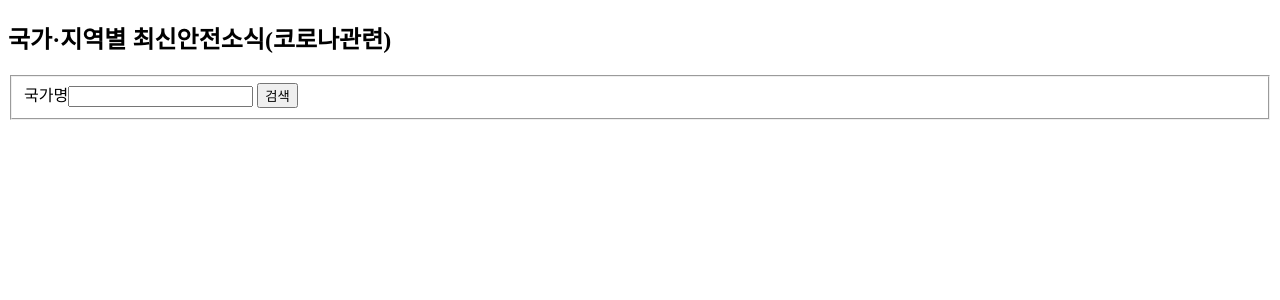
Repository: Sewoong-Lee/jsp
Page: http://localhost/jsp05_api/view/02_xml_json.jsp
An editor plug-in stored every save of this project. The page is shown before and after the next save, followed by the edit.
The browser window is 1280 px wide. The pictures show the whole page.
The page is served by Tomcat 9.

Above is the page before, as saved 2021-06-25 08:51:25.

After the next save:
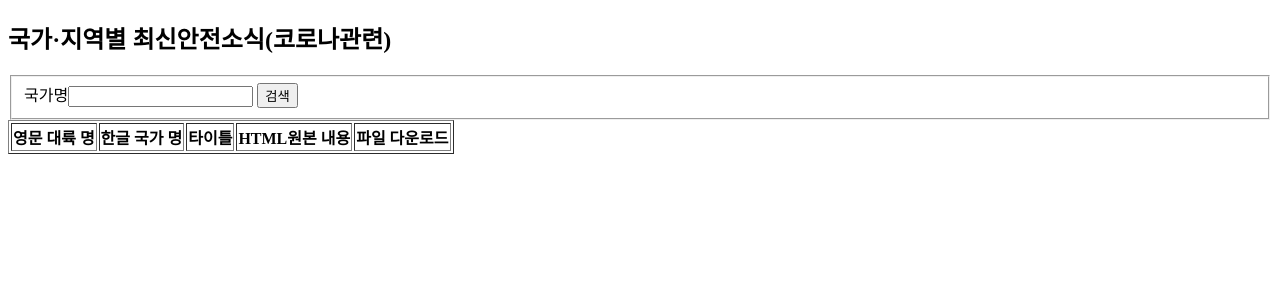
Saved 56 s later.
--- a/source/jsp05_api/WebContent/view/02_xml_json.jsp
+++ b/source/jsp05_api/WebContent/view/02_xml_json.jsp
@@ -18,7 +18,7 @@
 		</fieldset>
 	</form>
 
-	<c:forEach var="clist" items="${clist}">
+
 	<table border="1">
 			<tr>
 				<th>영문 대륙 명</th>
@@ -27,6 +27,7 @@
 				<th>HTML원본 내용</th>
 				<th>파일 다운로드</th>
 			</tr>
+		<c:forEach var="clist" items="${clist}">
 			<tr>
 				<td>${clist.continent_eng_nm}</td>
 				<td>${clist.country_nm}</td>
@@ -34,8 +35,9 @@
 				<td>${clist.html_origin_cn}</td>
 				<td><a href="${clist.file_download_url}"></a></td>
 			</tr>
+		</c:forEach>
 	</table>
-	</c:forEach>
+
 
 </body>
 </html>
